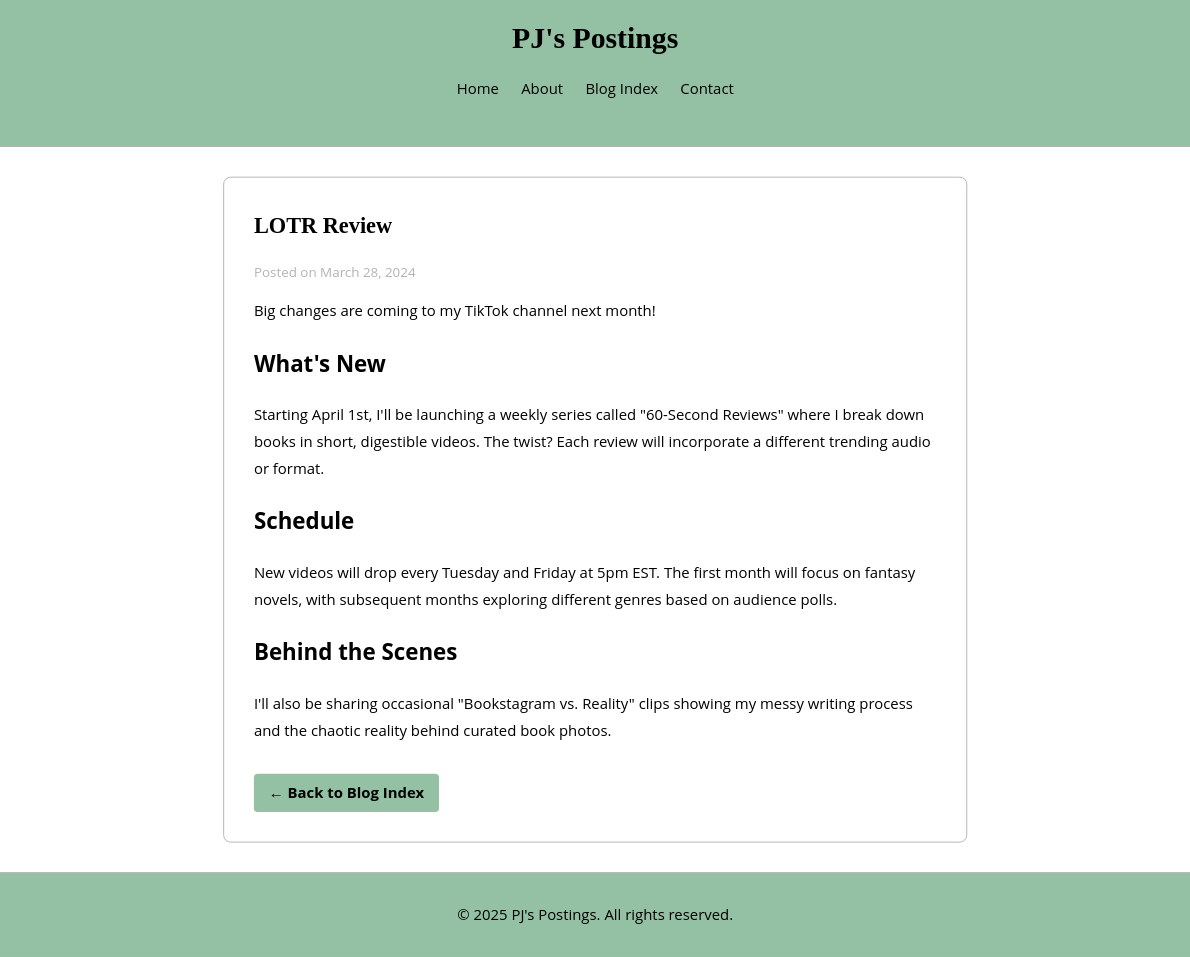
Repository: pjpatrick071/pjpatrick071.github.io
Page: posts/lotr-review.html
An editor plug-in stored every save of this project. The page is shown before and after the next save, followed by the edit.
The browser window is 1280 px wide. The pictures show the whole page, at 93% of full size.

Above is the page before, as saved 2025-04-02 23:36:44.

### posts/lotr-review.html
<!DOCTYPE html>
<html lang="en">
<head>
    <meta charset="UTF-8">
    <meta name="viewport" content="width=device-width, initial-scale=1.0">
    <title>New TikTok Content | PJ's Postings</title>
    <!-- All the same CSS as snail-trail.html -->
    <style>
        :root {
            --soft-green: #94c0a4;
            --silver: #b3b3b3;
            --black: #000000;
            --white: #ffffff;
        }
        body {
            font-family: 'Open Sans', sans-serif;
            line-height: 1.6;
            margin: 0;
            padding: 0;
            background-color: var(--white);
            color: var(--black);
        }
        header {
            background-color: var(--soft-green);
            padding: 1rem 0;
            text-align: center;
            border-bottom: 1px solid var(--silver);
        }
        .logo {
            font-size: 2rem;
            font-weight: bold;
            margin: 0;
            color: var(--black);
            font-family: 'Playfair Display', serif;
        }
        nav ul {
            padding: 0;
            list-style: none;
            display: flex;
            justify-content: center;
            gap: 1.5rem;
            margin: 1rem 0;
        }
        nav a {
            text-decoration: none;
            color: var(--black);
            font-weight: 500;
            transition: color 0.3s;
        }
        nav a:hover {
            color: var(--silver);
        }
        .container {
            max-width: 800px;
            margin: 2rem auto;
            padding: 0 1rem;
        }
        .blog-post {
            background-color: var(--white);
            border: 1px solid var(--silver);
            border-radius: 8px;
            padding: 2rem;
            margin-bottom: 2rem;
        }
        .post-title {
            color: var(--black);
            margin-top: 0;
            font-family: 'Playfair Display', serif;
        }
        .post-meta {
            color: var(--silver);
            font-size: 0.9rem;
            margin-bottom: 1rem;
        }
        .post-content {
            line-height: 1.8;
            margin-bottom: 2rem;
        }
        .post-content img {
            max-width: 100%;
            height: auto;
            margin: 1rem 0;
            border-radius: 8px;
        }
        .back-to-blog {
            display: inline-block;
            background-color: var(--soft-green);
            color: var(--black);
            padding: 0.5rem 1rem;
            border-radius: 4px;
            text-decoration: none;
            font-weight: bold;
            transition: background-color 0.3s;
        }
        .back-to-blog:hover {
            background-color: #82ad90;
        }
        .social-links {
            display: flex;
            justify-content: center;
            gap: 1rem;
            margin: 1rem 0;
        }
        .social-links a {
            color: var(--black);
            font-size: 1.5rem;
            transition: transform 0.3s;
        }
        .social-links a:hover {
            transform: scale(1.2);
        }
        footer {
            background-color: var(--soft-green);
            text-align: center;
            padding: 1rem 0;
            border-top: 1px solid var(--silver);
            margin-top: 2rem;
        }
    </style>
</head>
<body>
    <header>
        <h1 class="logo">PJ's Postings</h1>
        <nav>
            <ul>
                <li><a href="../index.html">Home</a></li>
                <li><a href="../about.html">About</a></li>
                <li><a href="../blog.html">Blog Index</a></li>
                <li><a href="#">Contact</a></li>
            </ul>
        </nav>
        <div class="social-links">
            <a href="https://www.tiktok.com/@p.j.patrick" target="_blank" rel="noopener noreferrer"><i class="fab fa-tiktok"></i></a>
            <a href="#" target="_blank" rel="noopener noreferrer"><i class="fab fa-instagram"></i></a>
        </div>
    </header>

    <div class="container">
        <article class="blog-post">
            <h1 class="post-title">LOTR Review</h1>
            <p class="post-meta">Posted on March 28, 2024</p>

            <div class="post-content">
                <p>Big changes are coming to my TikTok channel next month!</p>

                <h2>What's New</h2>
                <p>Starting April 1st, I'll be launching a weekly series called "60-Second Reviews" where I break down books in short, digestible videos. The twist? Each review will incorporate a different trending audio or format.</p>

                <h2>Schedule</h2>
                <p>New videos will drop every Tuesday and Friday at 5pm EST. The first month will focus on fantasy novels, with subsequent months exploring different genres based on audience polls.</p>

                <h2>Behind the Scenes</h2>
                <p>I'll also be sharing occasional "Bookstagram vs. Reality" clips showing my messy writing process and the chaotic reality behind curated book photos.</p>
            </div>

            <a href="../blog.html" class="back-to-blog">&larr; Back to Blog Index</a>
        </article>
    </div>

    <footer>
        <p>&copy; <script>document.write(new Date().getFullYear());</script> PJ's Postings. All rights reserved.</p>
    </footer>
</body>
</html>

After the next save:
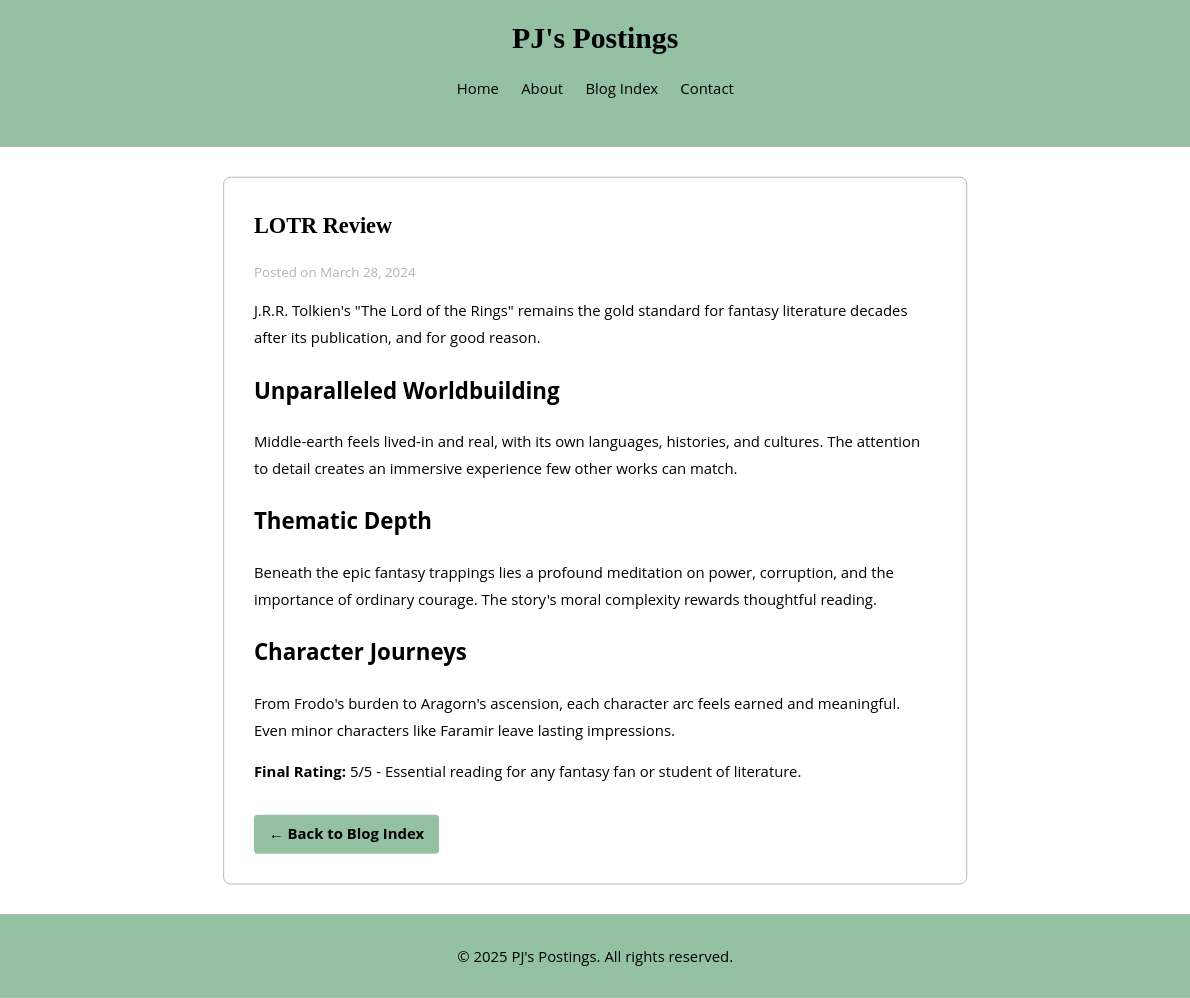
Saved 63 s later.
--- a/posts/lotr-review.html
+++ b/posts/lotr-review.html
@@ -141,16 +141,18 @@
             <p class="post-meta">Posted on March 28, 2024</p>
 
             <div class="post-content">
-                <p>Big changes are coming to my TikTok channel next month!</p>
+                <p>J.R.R. Tolkien's "The Lord of the Rings" remains the gold standard for fantasy literature decades after its publication, and for good reason.</p>
 
-                <h2>What's New</h2>
-                <p>Starting April 1st, I'll be launching a weekly series called "60-Second Reviews" where I break down books in short, digestible videos. The twist? Each review will incorporate a different trending audio or format.</p>
+                <h2>Unparalleled Worldbuilding</h2>
+                <p>Middle-earth feels lived-in and real, with its own languages, histories, and cultures. The attention to detail creates an immersive experience few other works can match.</p>
 
-                <h2>Schedule</h2>
-                <p>New videos will drop every Tuesday and Friday at 5pm EST. The first month will focus on fantasy novels, with subsequent months exploring different genres based on audience polls.</p>
+                <h2>Thematic Depth</h2>
+                <p>Beneath the epic fantasy trappings lies a profound meditation on power, corruption, and the importance of ordinary courage. The story's moral complexity rewards thoughtful reading.</p>
 
-                <h2>Behind the Scenes</h2>
-                <p>I'll also be sharing occasional "Bookstagram vs. Reality" clips showing my messy writing process and the chaotic reality behind curated book photos.</p>
+                <h2>Character Journeys</h2>
+                <p>From Frodo's burden to Aragorn's ascension, each character arc feels earned and meaningful. Even minor characters like Faramir leave lasting impressions.</p>
+
+                <p><strong>Final Rating:</strong> 5/5 - Essential reading for any fantasy fan or student of literature.</p>
             </div>
 
             <a href="../blog.html" class="back-to-blog">&larr; Back to Blog Index</a>
